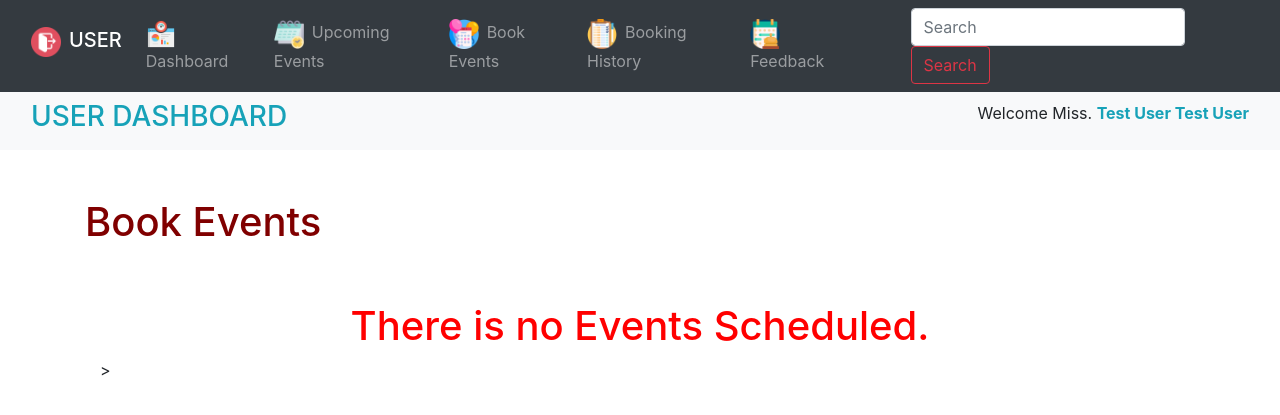
Repository: kalaprabhakar/Event_Management
Page: http://localhost/Event_Management_System/WEB-INF/pages/book_ticket.jsp
These files come from the project's save history. The page is drawn as it stood at one moment and after the next save; the edit follows.
The browser window is 1280 px wide. The pictures show the whole page.
Some web libraries are served in a nearby version. The page is served by Tomcat 10. The session is filled in as if someone had signed in: {"Admin_firstname": "Test User", "Admin_lastname": "Test User", "Admin_email": "test@example.com", "Admin_phone": 1, "Admin_address": 1, "Admin_gender": 1, "Admin_id": 1, "Admin_role": "admin", "totalEvents": 1, "bookings": 1, "User_firstname": "Test User", "User_lastname": "Test User", "User_email": "test@example.com", "User_phone": 1, "User_address": 1, "User_gender": 1, "User_id": 1, "User_role": "admin"}. Other server files are loaded and not shown. The template is opened directly, without the code that normally fills it, so the values that code supplies are empty.

Above is the page before, as saved 2024-05-12 15:26:52.

### Hyscaler/Event_Management_System/src/main/webapp/WEB-INF/pages/book_ticket.jsp
<%@ taglib uri="http://java.sun.com/jsp/jstl/core" prefix="c"%>
<%
if (session.getAttribute("User_email") == null) {
	response.sendRedirect("login");
} else {
%>
<jsp:include page="includes/header.jsp" />

<jsp:include page="includes/userNav.jsp" />

<style>
.card:hover {
	transform: scale(1.05);
	box-shadow: 0 10px 20px rgba(0, 0, 0, .12), 0 4px 8px rgba(0, 0, 0, .06);
	transition: 0.3s ease-in-out;
	cursor: pointer;
}
</style>



<!-- Page Content  -->
<div id="content">

	<nav class="navbar navbar-expand-lg navbar-light bg-light">
		<div class="container-fluid">

			<div>
				<h3 class="text-info">USER DASHBOARD</h3>
			</div>
			<div>
				<p>
					Welcome
					<%
				if (session.getAttribute("User_gender").equals("male")) {
				%>
					Mr.
					<%
				} else {
				%>
					Miss.
					<%
				}
				%>
					<span class="font-weight-bold text-info">${User_firstname}
						${User_lastname}</span>
				</p>
			</div>
		</div>
	</nav>
	<c:if test="${not empty Msg }">
						<div  style="background-color: lime; ">
							<h3 style="color: white-space; text-align: center;">${Msg }</h3>
						</div>
						<c:remove var="Msg" scope="session" />

					</c:if>

	<section class="container ">
		<div class="container">
			<div class="row align-items-center my-5">
			<h1 style="text-align: center;  color: maroon;">Book  Events</h1>
			</div>

				<div class="col-md-12 col-lg-6 col-sm-12 mb-5">




				</div>



				<c:choose>

					<c:when test="${!empty showevents }">
						<table class="table table-striped">
							<thead>
								<tr class="table-primary">
									<th scope="col">Name</th>
									<th scope="col">Description</th>
									<th scope="col">Date</th>
									<th scope="col">Time</th>
									<th scope="col">Location</th>
									<th scope="col">Price</th>
									<th scope="col"></th>

								</tr>
							</thead>
							<c:forEach var="eve" items="${showevents }">
								<tbody>
									<tr class="table-warning">

										<td>${eve.eventName }</td>
										<td>${eve.eventDesc }</td>
										<td>${eve.eventDate }</td>
										<td>${eve.eventTime }</td>
										<td>${eve.eventVenue }</td>
										<td>${eve.ticketPrice }</td>
										<td><a href="ticketpage?id=${eve.id }"><button type="button" class="btn btn-success">Book Ticket</button></a></td>

									</tr>
								</tbody>

							</c:forEach>

						</table>

					</c:when>


					<c:otherwise>

						<h1 style="color: red; text-align: center">There is no Events
							Scheduled.</h1>

					</c:otherwise>



				</c:choose>

				>





			</div>
		</div>



	</section>





	<%
	}
	%>

### Hyscaler/Event_Management_System/src/main/webapp/WEB-INF/pages/includes/header.jsp

<%@ page language="java" contentType="text/html; charset=ISO-8859-1"
	pageEncoding="ISO-8859-1"%>
<%@ taglib prefix="c" uri="http://java.sun.com/jsp/jstl/core"%>
<!DOCTYPE html>
<html>
<head>
<meta charset="ISO-8859-1">
<title>Event Management System</title>
<!--  Bootstrap CSS -->
<link rel="stylesheet"
	href="https://cdn.jsdelivr.net/npm/bootstrap@4.6.1/dist/css/bootstrap.min.css"
	integrity="sha384-zCbKRCUGaJDkqS1kPbPd7TveP5iyJE0EjAuZQTgFLD2ylzuqKfdKlfG/eSrtxUkn"
	crossorigin="anonymous">

<!-- FontAwesome -->
<link rel="stylesheet"
	href="https://pro.fontawesome.com/releases/v5.10.0/css/all.css" />
<link rel="stylesheet"
	href="https://cdnjs.cloudflare.com/ajax/libs/font-awesome/6.5.2/css/all.min.css"
	integrity="sha512-SnH5WK+bZxgPHs44uWIX+LLJAJ9/2PkPKZ5QiAj6Ta86w+fsb2TkcmfRyVX3pBnMFcV7oQPJkl9QevSCWr3W6A=="
	crossorigin="anonymous" referrerpolicy="no-referrer" />

<!-- Google Fonts -->
<link rel="preconnect" href="https://fonts.googleapis.com">
<link rel="preconnect" href="https://fonts.gstatic.com" crossorigin>
<link
	href="https://fonts.googleapis.com/css2?family=Poppins&display=swap"
	rel="stylesheet">

<!-- stylesheet -->

<script src="https://code.jquery.com/jquery-3.7.1.min.js"
	integrity="sha256-/JqT3SQfawRcv/BIHPThkBvs0OEvtFFmqPF/lYI/Cxo="
	crossorigin="anonymous"></script>


<script
	src="https://cdn.jsdelivr.net/npm/jquery@3.5.1/dist/jquery.slim.min.js"
	integrity="sha384-DfXdz2htPH0lsSSs5nCTpuj/zy4C+OGpamoFVy38MVBnE+IbbVYUew+OrCXaRkfj"
	crossorigin="anonymous"></script>
<script
	src="https://cdn.jsdelivr.net/npm/bootstrap@4.6.1/dist/js/bootstrap.bundle.min.js"
	integrity="sha384-fQybjgWLrvvRgtW6bFlB7jaZrFsaBXjsOMm/tB9LTS58ONXgqbR9W8oWht/amnpF"
	crossorigin="anonymous"></script>



</head>
<body>

### Hyscaler/Event_Management_System/src/main/webapp/WEB-INF/pages/includes/userNav.jsp
<nav id="sidebar" class="navbar navbar-expand-lg navbar-dark bg-dark">
	<div class="container-fluid ">
		<h3>
			<a class="navbar-brand" href="logoutuser"><img
				src="images/logout.png" class="mr-2" width="30" height="30">USER</a>
		</h3>
		<button class="navbar-toggler" type="button" data-bs-toggle="collapse"
			data-bs-target="#navbarNavAltMarkup"
			aria-controls="navbarNavAltMarkup" aria-expanded="false"
			aria-label="Toggle navigation">
			<span class="navbar-toggler-icon"></span>
		</button>
		<div class="collapse navbar-collapse" id="navbarTogglerDemo02">
			<div class="navbar-nav">
				<a class="nav-link " aria-current="page" href="user_home"><img
					src="images/dashboard.png" class="mr-2" width="30" height="30">Dashboard</a>
				<a class="nav-link" href="upcomingevents"><img
					src="images/newbooking.png" class="mr-2" width="30" height="30">Upcoming
					Events</a> <a class="nav-link" href="bookticket"><img
					src="images/event.png" class="mr-2" width="30" height="30">Book
					Events</a> <a class="nav-link" href="bookedticket"><img
					src="images/bookingdetails.png" class="mr-2" width="30" height="30">Booking
					History</a> <a class="nav-link" href="#"><img
					src="images/hotel.png" class="mr-2" width="30" height="30">Feedback</a>


			</div>

		</div>
		<form class="form-inline ml-5 my-lg-0 ">
					<input class="form-control mr-sm-2" type="search"
						placeholder="Search" aria-label="Search">
					<button class="btn btn-outline-danger my-2 my-sm-0 " type="submit">Search</button>
				</form>
	</div>
</nav>

After the next save:
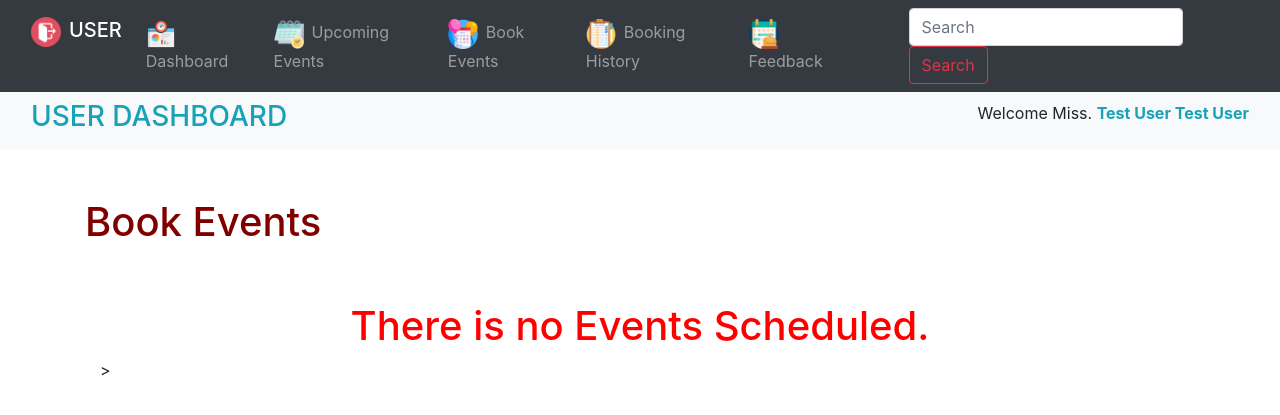
Saved 57 s later.
--- a/Hyscaler/Event_Management_System/src/main/webapp/WEB-INF/pages/includes/userNav.jsp
+++ b/Hyscaler/Event_Management_System/src/main/webapp/WEB-INF/pages/includes/userNav.jsp
@@ -1,9 +1,6 @@
 <nav id="sidebar" class="navbar navbar-expand-lg navbar-dark bg-dark">
 	<div class="container-fluid ">
-		<h3>
-			<a class="navbar-brand" href="logoutuser"><img
-				src="images/logout.png" class="mr-2" width="30" height="30">USER</a>
-		</h3>
+
 		<button class="navbar-toggler" type="button" data-bs-toggle="collapse"
 			data-bs-target="#navbarNavAltMarkup"
 			aria-controls="navbarNavAltMarkup" aria-expanded="false"
@@ -12,6 +9,10 @@
 		</button>
 		<div class="collapse navbar-collapse" id="navbarTogglerDemo02">
 			<div class="navbar-nav">
+			<h3>
+			<a class="navbar-brand" href="logoutuser"><img
+				src="images/logout.png" class="mr-2" width="30" height="30">USER</a>
+		</h3>
 				<a class="nav-link " aria-current="page" href="user_home"><img
 					src="images/dashboard.png" class="mr-2" width="30" height="30">Dashboard</a>
 				<a class="nav-link" href="upcomingevents"><img
